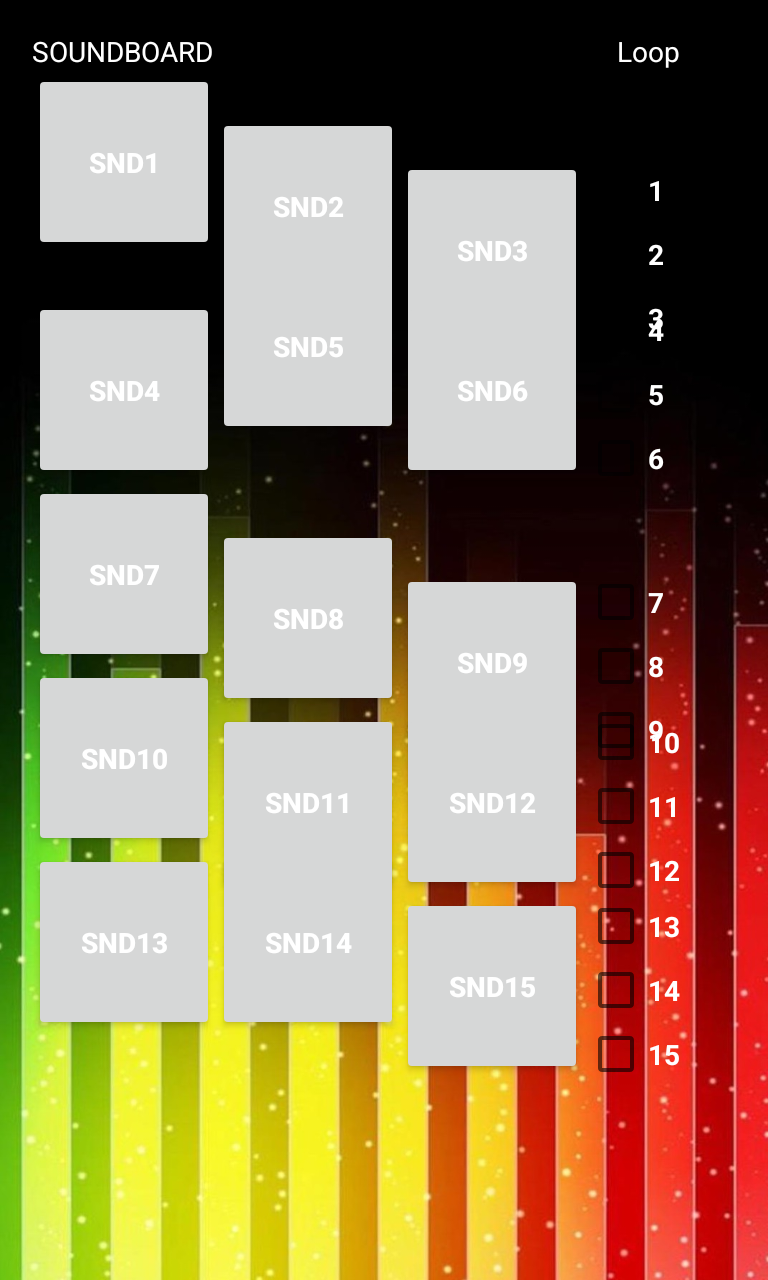
Repository: SoundBoardJAMJ/Project
Layout: workspace/SoundBoard/res/layout/defboard.xml
These files come from the project's save history. The layout is drawn as it stood at one moment and after the next save; the edit follows.
It is drawn on a 768 x 1280 px phone screen (xhdpi) without system bars, with theme AppTheme; the app's code is not run.

Above is the layout before, as saved 2014-05-02 06:39:54.

After the next save:
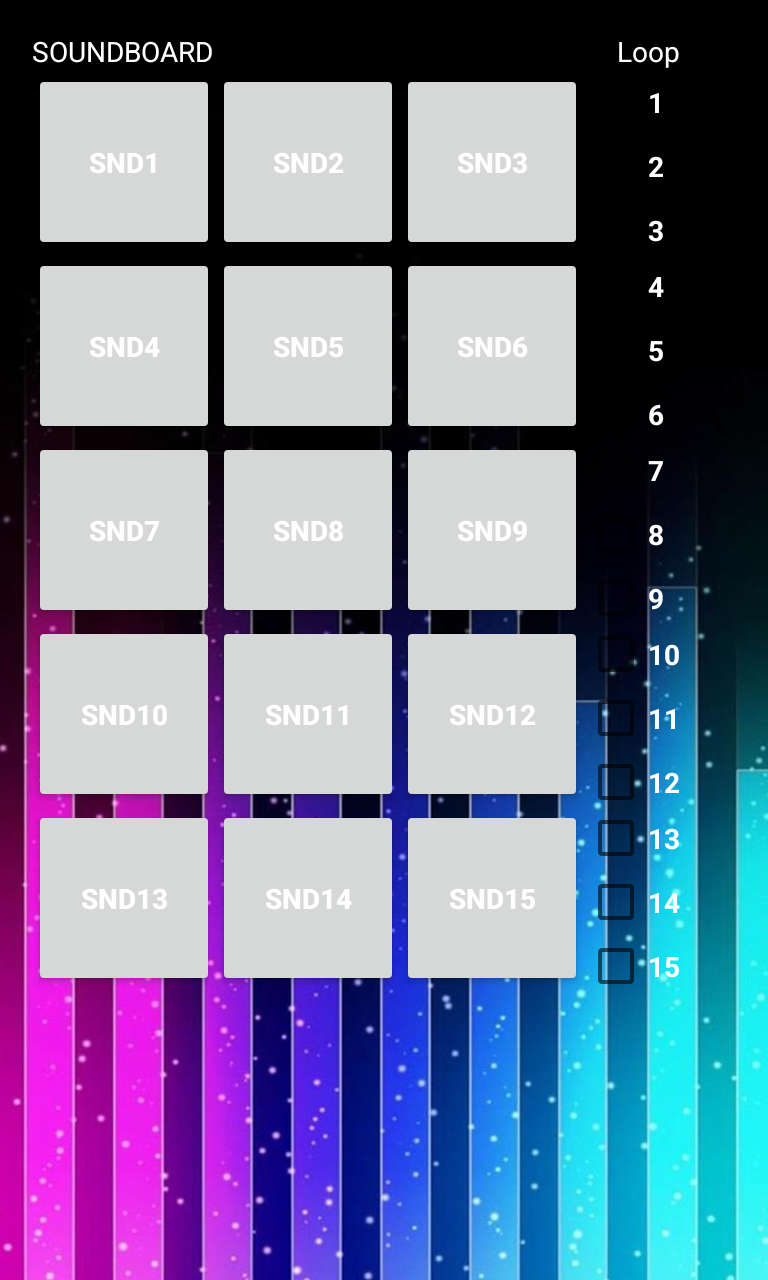
Saved 14 s later.
--- a/workspace/SoundBoard/res/layout/defboard.xml
+++ b/workspace/SoundBoard/res/layout/defboard.xml
@@ -1,15 +1,19 @@
-<RelativeLayout xmlns:android="http://schemas.android.com/apk/res/android"
-    xmlns:tools="http://schemas.android.com/tools"
+<ScrollView xmlns:android="http://schemas.android.com/apk/res/android"
+xmlns:tools="http://schemas.android.com/tools"
+android:layout_width="match_parent"
+android:background="@drawable/image1"
+android:layout_height="match_parent" >
+
+<RelativeLayout
     android:layout_width="match_parent"
-    android:layout_height="match_parent"
-    android:background="@drawable/image2"
+    android:layout_height="600dp"
     android:paddingBottom="@dimen/activity_vertical_margin"
     android:paddingLeft="@dimen/activity_horizontal_margin"
     android:paddingRight="@dimen/activity_horizontal_margin"
     android:paddingTop="@dimen/activity_vertical_margin"
-    tools:context="com.example.soundboard.MainActivity$PlaceholderFragment" >
-
- <TextView
+    tools:context="com.example.soundtest.DefBoard$PlaceholderFragment" >
+
+    <TextView
         android:id="@+id/textView1"
         android:layout_width="wrap_content"
         android:layout_height="wrap_content"
@@ -394,5 +398,5 @@
         android:alpha="1.0"
         android:text="Loop" />
 
-
 </RelativeLayout>
+</ScrollView>
